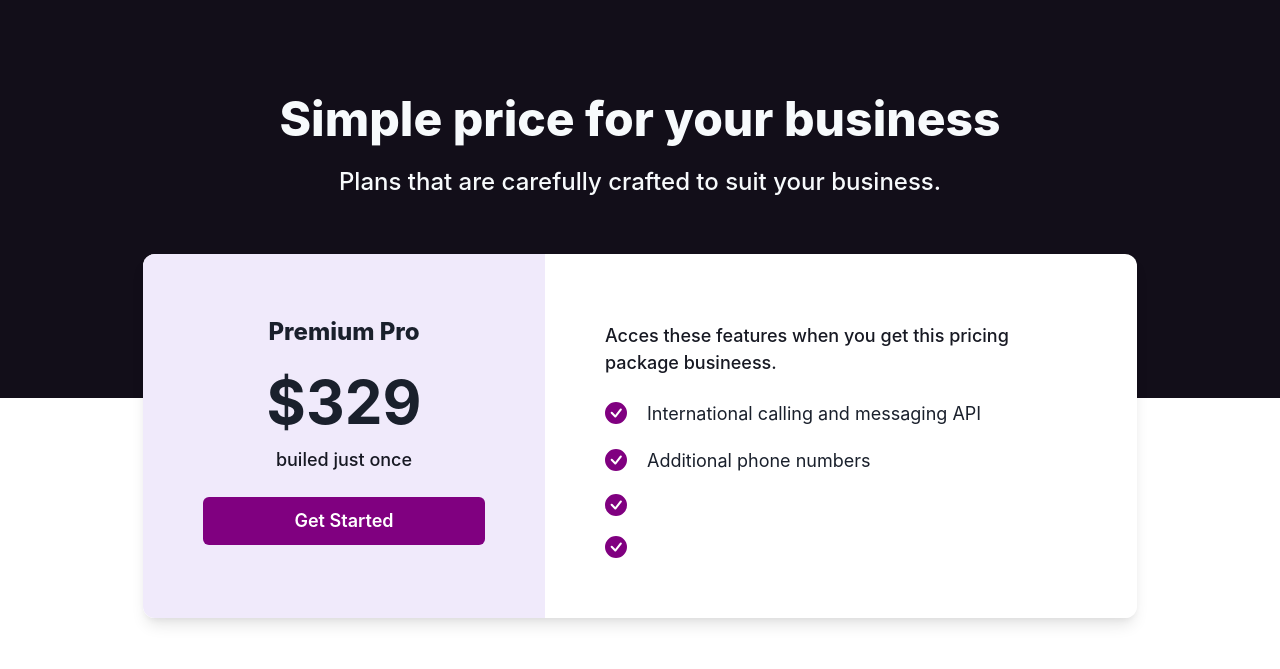
Repository: noutijo/learn-in-depth-chakra-ui
Page: /
These files come from the project's save history. The page is drawn as it stood at one moment and after the next save; the edit follows.
The browser window is 1280 px wide. The pictures show the whole page.
The project was rebuilt for these pictures with package versions that can differ from the ones it lists, and the page was loaded fresh each time. Also part of the build but not shown: vite.config.ts.

Above is the page before, as saved 2023-01-30 16:20:19.

### src/main.tsx
import React from 'react'
import ReactDOM from 'react-dom/client'
import App from './App'
import { ChakraProvider } from "@chakra-ui/react"

ReactDOM.createRoot(document.getElementById('root') as HTMLElement).render(
  <ChakraProvider>
  <React.StrictMode>
    <App />
  </React.StrictMode>
  </ChakraProvider>,
)

### src/App.tsx
//import './App.css'
import "./App.css";
import { Box, Flex, Stack, VStack, HStack } from "@chakra-ui/react";
import { Header  } from "./components/Header";
import { Pricing } from "./components/Pricing";

export default function App() {
  return (
    <div className="App">
      <Box>
        <Header />
        <Pricing />
      </Box>
    </div>
  );
}

### src/App.css
#root {
  max-width: 1280px;
  margin: 0 auto;
  text-align: center;
}

.logo {
  height: 6em;
  padding: 1.5em;
  will-change: filter;
}
.logo:hover {
  filter: drop-shadow(0 0 2em #646cffaa);
}
.logo.react:hover {
  filter: drop-shadow(0 0 2em #61dafbaa);
}

@keyframes logo-spin {
  from {
    transform: rotate(0deg);
  }
  to {
    transform: rotate(360deg);
  }
}

@media (prefers-reduced-motion: no-preference) {
  a:nth-of-type(2) .logo {
    animation: logo-spin infinite 20s linear;
  }
}

.card {
  padding: 2em;
}

.read-the-docs {
  color: #888;
}

### src/components/Header.tsx
//import './App.css'
import { Box, Heading, Text, Flex } from "@chakra-ui/react";

export function Header() {
  return (
    <Box as="section" pb="112px">
    <Box
      color="#F7FAFC"
      bg="#120E19"
      pt="90px"
      pb="198px"
      px="32px">
      <Heading fontWeight={800} fontSize={"48px"}>
        Simple price for your business
      </Heading>
      <Text fontWeight={500} fontSize={"24px"} mt="16px">
        Plans that are carefully crafted to suit your business.
      </Text>
    </Box>
    </Box>
  );
}

### src/components/Pricing.tsx
//import './App.css'
import { Box, Heading, Text, Flex, Button, HStack,Stack, Icon } from "@chakra-ui/react"
import { BsCheckCircleFill } from "react-icons/bs"

export const ListItem = (props:any)=>{
    const {children, ...rest } = props
    return (
      <HStack as="li" spacing="20px" {...rest}>
        <Icon as={BsCheckCircleFill}  w="22px" h="22px" color="purple"/>
        <Text>{children}</Text>
      </HStack>
    );
}

export function Pricing() {
  return (
    <Box maxW="994px" m="auto" mt="-256" borderRadius="12px" overflow="hidden" boxShadow="lg">
      <Flex bg="white">
        <Box bg="#f0eafb" p="60px">
          <Text fontSize="24px" fontWeight="800">
            Premium Pro
          </Text>
          <Heading as="h3" fontSize="60px" mt="16px">
            $329
          </Heading>
          <Text fontSize="18px" fontWeight="500" color="#171923" mt="8px">
            builed just once
          </Text>
          <Button
            bg="purple"
            color="white"
            size={"lg"}
            w="282px"
            mt="24px"
            _hover={{ backgrounColor: "purple", color: "#F7FAFC" }}>
            Get Started
          </Button>
        </Box>

        <Box p="60px" fontSize="18px">
          <Text
            textAlign={"left"}
            fontSize="18px"
            fontWeight="500"
            color="#171923"
            mt="8px">
            Acces these features when you get this pricing package busineess.
          </Text>
          <Stack as="ul" spacing="20px" pt="24px">
            <ListItem>International calling and messaging API</ListItem>
            <ListItem>Additional phone numbers</ListItem>
            <ListItem></ListItem>
            <ListItem></ListItem>
          </Stack>
        </Box>
      </Flex>
    </Box>
  );
}

Loaded but not shown: index.html (common file)

After the next save:
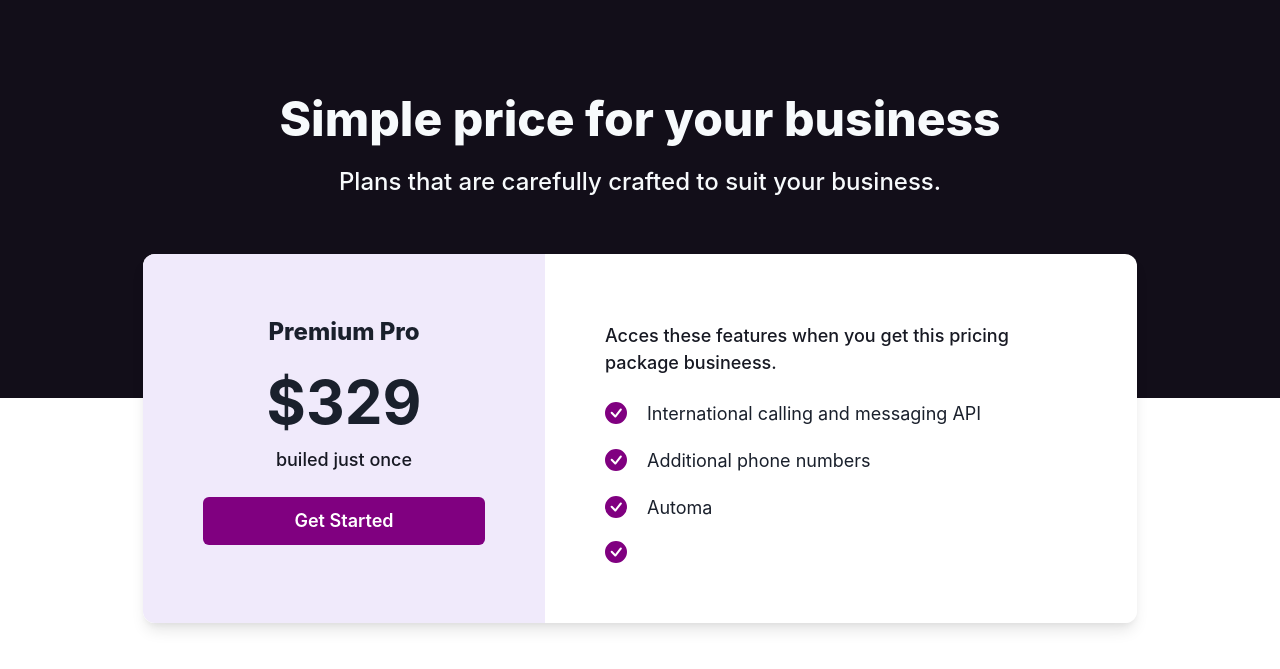
Saved 6 s later.
--- a/src/components/Pricing.tsx
+++ b/src/components/Pricing.tsx
@@ -49,7 +49,7 @@ export function Pricing() {
           <Stack as="ul" spacing="20px" pt="24px">
             <ListItem>International calling and messaging API</ListItem>
             <ListItem>Additional phone numbers</ListItem>
-            <ListItem></ListItem>
+            <ListItem>Automa</ListItem>
             <ListItem></ListItem>
           </Stack>
         </Box>
